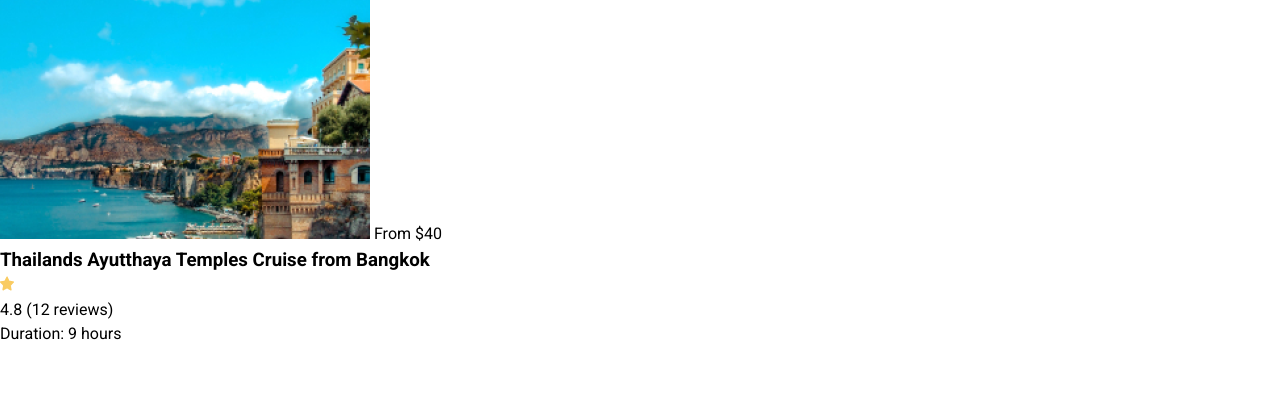
Repository: phanhuy16/Folder
Page: form login/index.html
The author's editor kept a copy of each file at every save. The page is drawn from the files as they stood at one save, then again after the next save.
The browser window is 1280 px wide. The pictures show the whole page.

Above is the page before, as saved 2023-05-07 10:22:44.

### form login/index.html
<!DOCTYPE html>
<html lang="en">
  <head>
    <meta charset="UTF-8" />
    <meta http-equiv="X-UA-Compatible" content="IE=edge" />
    <meta name="viewport" content="width=device-width, initial-scale=1.0" />
    <link rel="preconnect" href="https://fonts.googleapis.com" />
    <link rel="preconnect" href="https://fonts.gstatic.com" crossorigin />
    <title>Login</title>
    <link
      href="https://fonts.googleapis.com/css2?family=Roboto:wght@300;400;500;700&display=swap"
      rel="stylesheet"
    />
    <link rel="stylesheet" href="./fontawesome-free-6.4.0-web/css/all.css" />
    <link rel="stylesheet" href="./main/reset.css" />
    <link rel="stylesheet" href="./main/style.css" />
  </head>
  <body>
    <div class="tour">
      <div>
        <img src="./images/images1.png" alt="" class="tour-img" />
        <span class="tour-price">From $40</span>
      </div>
      <div class="tour-content">
        <h3 class="tour-tilte">
          Thailands Ayutthaya Temples Cruise from Bangkok
        </h3>
        <div class="tour-rating">
          <div class="tour-review">
            <div class="tour-star">
              <img src="./images/Shape.png" alt="" />
            </div>
            <div class="tour-review-count">
              <span> 4.8 (12 reviews) </span>
            </div>
          </div>
          <span class="tour-duration">Duration: 9 hours</span>
        </div>
        <a
          href="https://www.facebook.com/"
          target="_blank"
          class="tour-button"
        ></a>
      </div>
    </div>
  </body>
</html>

### form login/main/reset.css
* {
  box-sizing: inherit;
  margin: 0;
  padding: 0;
  border: 0;
}

html {
  font-family: "Roboto", sans-serif;
  line-height: 1.5;
  font-size: 62.5%;
  box-sizing: border-box;
}

body {
  color: black;
  overflow: hidden;
  font-size: 16px;
}

ol,
ul {
  list-style: none;
}

a {
  text-decoration: none;
}

Loaded but not shown: form login/fontawesome-free-6.4.0-web/css/all.css (library); form login/main/style.css (no stored copy; drawn as an empty file)

After the next save:
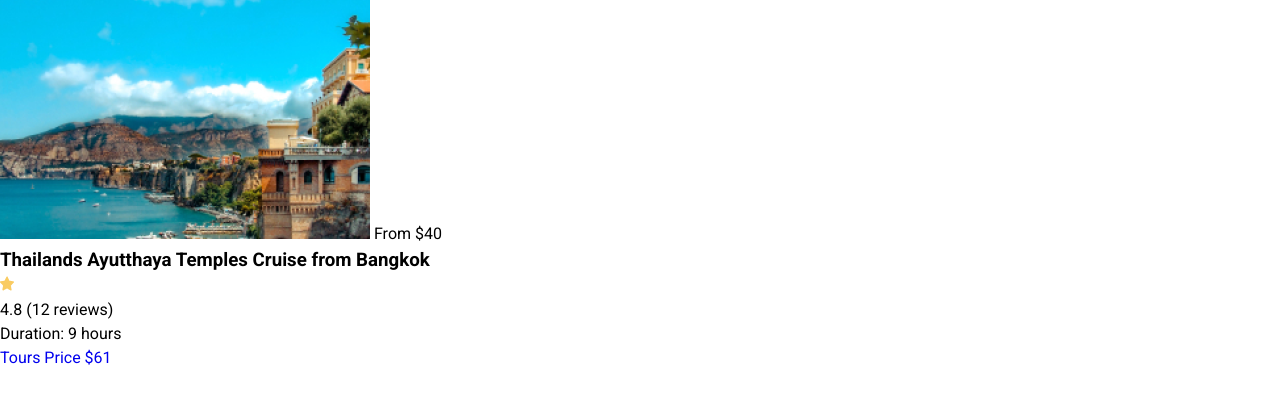
Saved 34 s later.
--- a/form login/index.html
+++ b/form login/index.html
@@ -36,11 +36,9 @@
           </div>
           <span class="tour-duration">Duration: 9 hours</span>
         </div>
-        <a
-          href="https://www.facebook.com/"
-          target="_blank"
-          class="tour-button"
-        ></a>
+        <a href="https://www.facebook.com/" target="_blank" class="tour-button"
+          >Tours Price $61</a
+        >
       </div>
     </div>
   </body>
